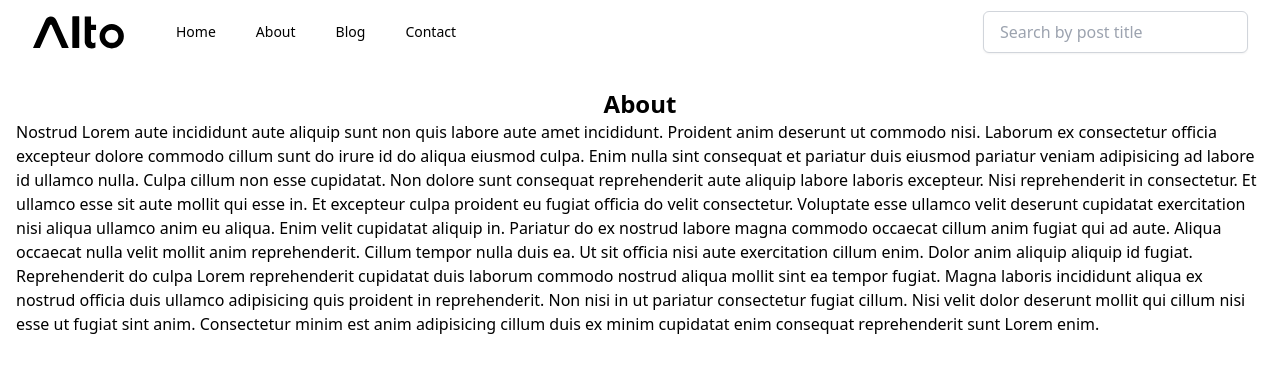
Repository: marianozamora/react-vitest
Page: /about
The author's editor kept a copy of each file at every save. The page is drawn from the files as they stood at one save, then again after the next save.
The browser window is 1280 px wide. The pictures show the whole page.
The project was rebuilt for these pictures with package versions that can differ from the ones it lists, and the page was loaded fresh each time. Also part of the build but not shown: vite.config.ts, src/components/03-components/ImageHero.tsx, src/components/05-pages/Home.tsx, src/components/04-layouts/PostList.tsx, src/components/05-pages/Posts.tsx, src/components/03-components/AddPost.tsx, src/components/05-pages/ErrorPage.tsx, src/components/03-components/YoutubeVideo.tsx and 2 more.

Above is the page before, as saved 2023-05-07 05:33:30.

### src/main.tsx
import React, { Children } from 'react'
import ReactDOM from 'react-dom/client'
//import React from 'react'
import { Route, createBrowserRouter, createRoutesFromElements, RouterProvider } from 'react-router-dom';

import Home from './components/05-pages/Home'
import About from './components/05-pages/About'
import Blog from './components/05-pages/About'
import Contact from './components/05-pages/About'

import Navbar from "./components/02-molecules/NavBar";
import './index.css'
import { Layout } from './components/04-layouts/Layout';
import Posts from './components/05-pages/Posts'
import PostEdit from './components/03-components/AddPost'
import ErrorPage from './components/05-pages/ErrorPage';
import DetailPost from './components/05-pages/DetailPost';
import EditPost from './components/03-components/EditPost';

const router = createBrowserRouter(
  createRoutesFromElements(
    <Route path="/"
      errorElement={<ErrorPage />}
      element={<Layout />} >
      <Route index element={<Home />} />
      <Route path="about" element={<About />} />
      <Route path="blog" element={<Blog />} />
      <Route path="contact" element={<Contact />} />
      <Route path="posts" element={<Posts />} />
      <Route path="posts/:postId" element={<DetailPost />} />
      <Route path="posts/edit/:postId" element={<EditPost />} />

      <Route path="add-post" element={<PostEdit />} />

    </Route>
  )
)

ReactDOM.createRoot(document.getElementById('root') as HTMLElement).render(
  <React.StrictMode>
      <RouterProvider router={router} />
  </React.StrictMode>,
)

### src/components/05-pages/About.tsx
import { LoremIpsum } from "lorem-ipsum";

const lorem = new LoremIpsum({
  sentencesPerParagraph: {
    max: 8,
    min: 4
  },
  wordsPerSentence: {
    max: 16,
    min: 4
  }
});

const About = () => {
  return (
    <>
      <h1 className="font-bold text-2xl text-center">About</h1>
      <p>{ lorem.generateParagraphs(4) }</p>
    </>
  )
}

export default About

### src/index.css
@tailwind base;
@tailwind components;
@tailwind utilities;


body{
  background-color: white;
  color: black;
}

### src/components/04-layouts/Layout.tsx
import React from 'react'
import { Outlet } from 'react-router-dom';
// import Navbar from '../02-molecules/NavBar';
import Header from '../03-components/Header';
import Container from '../04-layouts/Container';

export const Layout = ({ children }: any) => {
    return (
        <div>
        <Header />
        <Container>
        <Outlet />
        </Container>
        {/* <Footer /> */}
        </div>
    )
}

### src/components/03-components/Header.tsx
import NavBar from "../02-molecules/NavBar";
import SearchBar from "./SearchBar";
import { usePostStore } from '../../store/postStore';
import {useNavigate} from 'react-router-dom'

export default function Header() {
  const { posts } = usePostStore();
  const navigate = useNavigate();
  return (
    <div className="flex items-center justify-between ">
      <NavBar />
          <SearchBar
              posts={posts}
              onSelectPost={(post) => navigate(`posts/${post.id}`)}
          />
    </div>
  );
}

### src/components/04-layouts/Container.tsx
import React, { ReactNode } from 'react';
import { ContainerProps } from '../../types/interfaces';

const Container: React.FC<ContainerProps> = ({ children }) => {
    return <div className="container mx-auto px-4 mt-6">{children}</div>;
};

export default Container;

### src/store/postStore.ts
import { create } from 'zustand';
import { v4 as uuidv4 } from 'uuid';
import { Post, PostState } from '../types/interfaces';

const getDataStorage = () => {
    const data = localStorage.getItem('posts');
    return data ? JSON.parse(data) : [];
};
const initialState = {
    posts: getDataStorage(),
};



export const usePostStore = create<PostState>((set, get) => ({
    posts: initialState.posts,
    addPost: (post) => {
        post.id = uuidv4();
        set(
            (state) => ({ posts: [...state.posts, post] }))
        localStorage.setItem('posts', JSON.stringify([...initialState.posts, post]));
    },
    removePost: (post) =>
        set((state) => ({
            posts: state.posts.filter((p) => p !== post),
        })),
    editPost: (post: Post) =>
        set((state) => ({
            posts: state.posts.map((p) => (p.id === post.id ? post : p)),
        })),
    getPost: (id: string) => {
        const data = get();
        const post = data.posts.find((p) => p.id === id);
        return post;
    }


}));

### src/components/02-molecules/NavBar.tsx
import React from 'react';
//import * as LinkC from '../01-atoms/Link';
import { Link } from 'react-router-dom';
import Logo
    from '../01-atoms/Logo';
const Navbar: React.FC = () => {
    return (
        <nav className="bg-white text-black">
        <div className="max-w-7xl mx-auto px-4 sm:px-6 lg:px-8">
            <div className="flex items-center justify-between h-16">
            <div className="flex items-center">
                <div className="flex-shrink-0">
                <Link to="/">
                 <Logo
                    />
                </Link>
                </div>
                <div className="hidden md:block">
                <div className="ml-10 flex items-baseline space-x-4">
                    <Link
                    to="/"
                    className="text-black hover:text-gray-300 px-3 py-2 rounded-md text-sm font-medium"
                    >
                    Home
                    </Link>
                    <Link
                    to="/about"
                    className="text-black hover:text-gray-300 px-3 py-2 rounded-md text-sm font-medium"
                    >
                    About
                    </Link>
                    <Link
                    to="/blog"
                    className="text-black hover:text-gray-300 px-3 py-2 rounded-md text-sm font-medium"
                    >
                    Blog
                    </Link>
                    <Link
                    to="/contact"
                    className="text-black hover:text-gray-300 px-3 py-2 rounded-md text-sm font-medium"
                    >
                    Contact
                    </Link>
                </div>
                </div>
            </div>
            </div>
        </div>
        </nav>
    );
};

export default Navbar;

### src/components/03-components/SearchBar.tsx
import React, { useState } from 'react';
import { Post, SearchBarProps } from '../../types/interfaces';

const SearchBar: React.FC<SearchBarProps> = ({ posts, onSelectPost }) => {
    const [searchText, setSearchText] = useState('');
    const [searchResults, setSearchResults] = useState<Post[]>([]);

    const handleSearchTextChange = (event: React.ChangeEvent<HTMLInputElement>) => {
        const searchText = event.target.value;
        setSearchText(searchText);

        // Perform search logic here
        const filteredPosts = posts.filter((post) =>
        post.title.toLowerCase().includes(searchText.toLowerCase())
        );
        setSearchResults(filteredPosts);
    };

    const handlePostSelection = (post: Post) => {
        onSelectPost(post);
        setSearchText('');
        setSearchResults([]);
    };

    return (
        <div className="space-y-2 mr-8">
        <input
          type="text"
          value={searchText}
          onChange={handleSearchTextChange}
          placeholder="Search by post title"
          className="px-4 py-2 border border-gray-300 rounded-md shadow-sm focus:outline-none focus:ring-2 focus:ring-blue-500"
        />
        <ul className="space-y-2 absolute">
          {searchResults.map((post) => (
            <li
              key={post.id}
              onClick={() => handlePostSelection(post)}
              className="cursor-pointer hover:bg-gray-100 px-4 py-2 rounded-md"
            >
              {post.title}
            </li>
          ))}
        </ul>
      </div>
    );
};

export default SearchBar;

### src/components/01-atoms/Logo/index.tsx
import React from 'react';
import logoImage from '../.././../assets/logo.svg';

const Logo: React.FC = () => {
    return <img src={logoImage} alt="Logo" />;
};

export default Logo;

Loaded but not shown: index.html (common file); tailwind.config.js (common file)

After the next save:
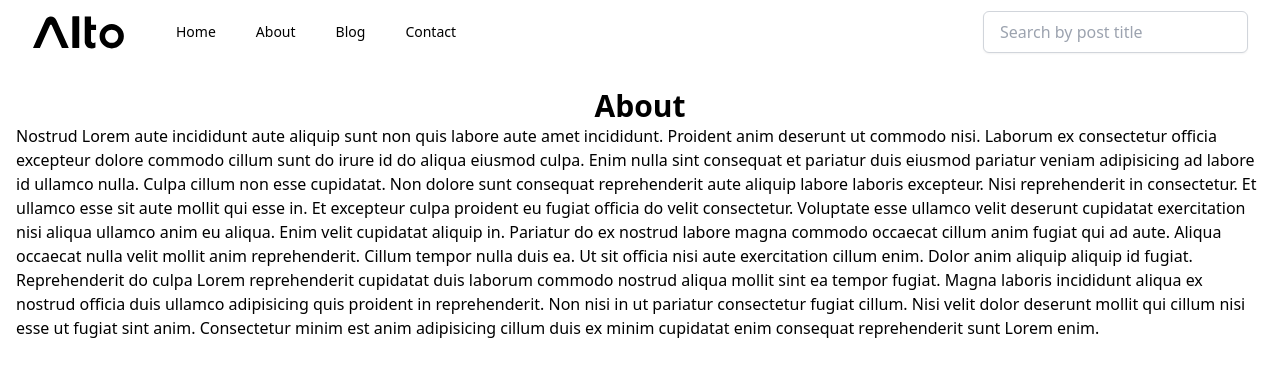
Saved 4 s later.
--- a/src/components/05-pages/About.tsx
+++ b/src/components/05-pages/About.tsx
@@ -14,7 +14,7 @@ const lorem = new LoremIpsum({
 const About = () => {
   return (
     <>
-      <h1 className="font-bold text-2xl text-center">About</h1>
+      <h1 className="font-bold text-3xl text-center">About</h1>
       <p>{ lorem.generateParagraphs(4) }</p>
     </>
   )
